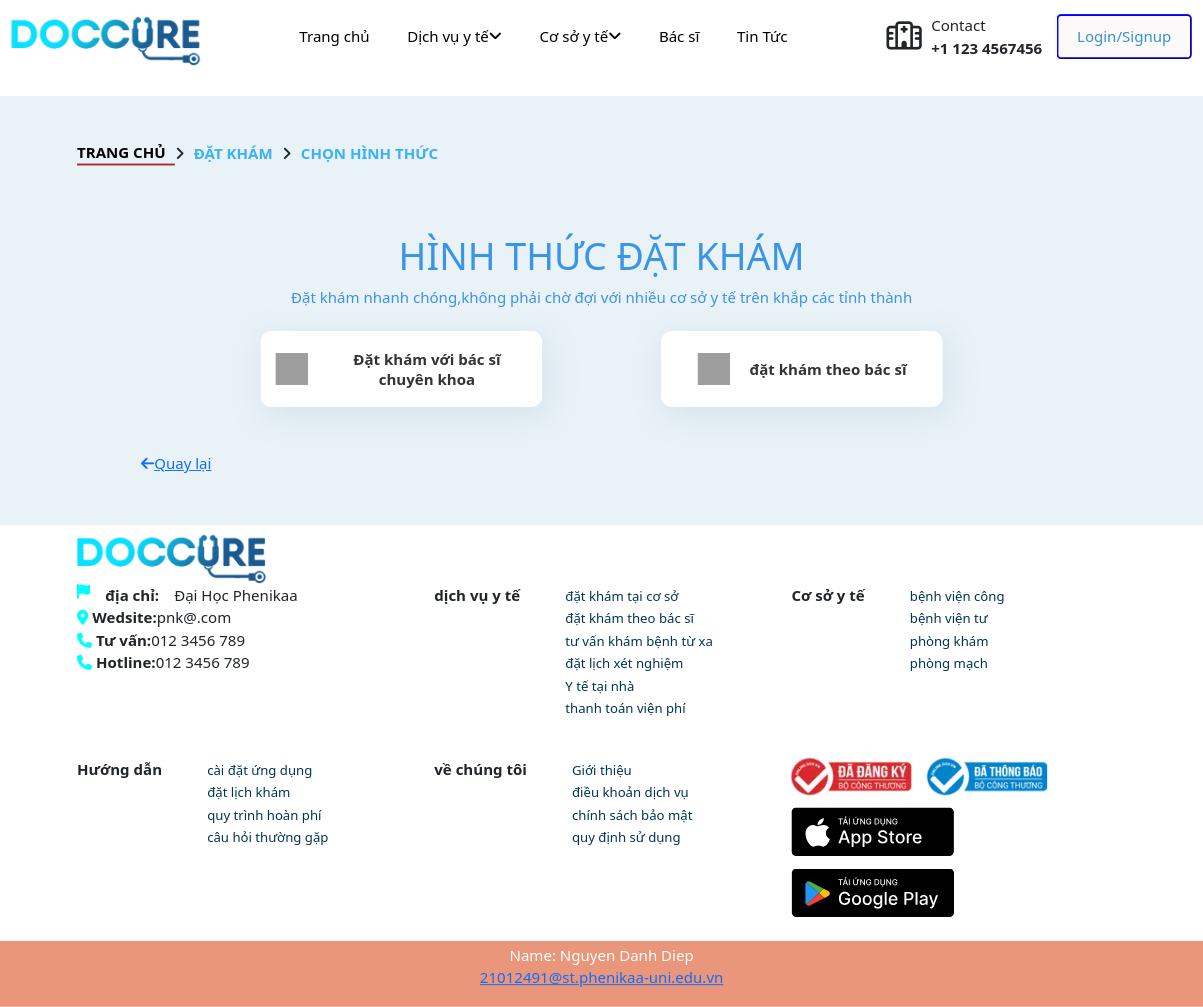
Repository: tuanminhh03/DACS-Complete
Page: web/datkham.html
An editor plug-in stored every save of this project. The page is shown before and after the next save, followed by the edit.
The browser window is 1280 px wide. The pictures show the whole page, at 94% of full size.
Pictures or frames that could not be fetched are drawn as grey boxes.

Above is the page before, as saved 2023-11-11 17:45:26.

### web/datkham.html
<!DOCTYPE html>
<html lang="en">
<head>
    <meta charset="UTF-8">
    <meta name="viewport" content="width=device-width, initial-scale=1.0">
    <link rel="icon" type="image/x-icon" href="./assest/img/icon_2.svg">
    <link rel="stylesheet" href="./assest/font/fontawesome-free-6.4.2-web/css/all.min.css">
    <link rel="stylesheet" href="./boostrap/bootstrap.min.css">
    <link rel="stylesheet" href="./assest/css/datkham.css">
    <title>Document</title>
</head>
<body>
    <header class="doccure_header">
        <div class="doccure_header-mid">
            <div class="container-fluid">
                <div class="navbar">
                    <div class="doccure_logo">
                        <div class="logo_wrap">
                            <a href="#" rel="home">
                                <img src="./assest/img/logo.png" alt="">
                            </a>
                        </div>
                    </div>
                    <ul id="menu_primary_menu" class="navbar-nav">
                        <li class="menu_item">
                            <a href="./index.html">Trang chủ</a>
                        </li>
                        <li class="menu_item">
                            <a href="service.html">Dịch vụ y tế<i class="fa-solid fa-angle-down"></i></a>
                            <div class="subnav" style="width: 160px;">
                                    <a href="./service.html">Đặt khám tại cơ sở</a>
                                    <a href="./service2.html">Đặt khám theo bác sĩ</a>
                                    <a href="#">Tư vấn khám bệnh từ xa</a>
                                    <a href="./service3.html">Đặt lịch xét nghiệm</a>
                                    <a href="#">Y tế tại nhà</a>
                            </div>
                        </li>
                        <li class="menu_item">
                            <a href="./medical.html">Cơ sở y tế<i class="fa-solid fa-angle-down"></i></a>
                            <div class="subnav" style="width: 160px;">
                                <a href="#">Bệnh viện công</a>
                                <a href="#">Bệnh viện tư </a>
                                <a href="#">Phòng khám </a>
                                <a href="#">Phònh mạch</a>
                            </div>
                        </li>
                        <li class="menu_item">
                            <a href="./doctor.html">Bác sĩ</a>
                        </li>
                        <li class="menu_item">
                            <a href="./news.html">Tin Tức</a>
                        </li>
                    </ul>
                    <div class="doccure_info">
                        <div class="nav-item d-flex">
                            <div class="headder-contact-img pt-2">
                                <i class="fa-regular fa-hospital" style="font-size: 30px;"></i>
                            </div>
                            <div class="header_contact_detail">
                                <p class="conact_header">Contact</p>
                                <p class="contact_info_header"><b>+1 123 4567456</b></p>
                            </div>
                            <div class="doccure_login">
                                <button class="Login_signup">Login/Signup</button>
                            </div>
                        </div>
                    </div>
                </div>
            </div>
        </div>
    </header>
    <div class="style_main">
        <div class="style_header">
            <div class="content-introduce mt-4 p-5">
                <div class="map container">
                    <a href="./index.html">TRANG CHỦ</a>
                    <i class="fa-solid fa-angle-right"></i>
                    <p class="cl-brown">ĐẶT KHÁM</p>
                    <i class="fa-solid fa-angle-right"></i>
                    <p class="cl-brown">CHỌN HÌNH THỨC</p>
                </div>
            </div>
            <div class="style-body">
                <div class="text_title m-4" style="text-align: center;color: rgb(58, 148, 231);">
                    <h1>HÌNH THỨC ĐẶT KHÁM</h1>
                    <P>Đặt khám nhanh chóng,không phải chờ đợi với nhiều cơ sở y tế trên khắp các tỉnh thành</P>
                </div>
                <div class="style_content_card d-flex" style="justify-content: space-evenly;">
                    <div class="style_card">
                        <a href="#">
                            <div class="img_ic"><img src="./assest/img/img_icon1.webp" alt=""></div>
                            <div class="text_1" style="margin-left: 20px; text-align: center;">Đặt khám với bác sĩ chuyên khoa</div>
                        </a>
                    </div>
                    <div class="style_card">
                        <a href="#">
                            <div class="img_ic"><img src="./assest/img/img_icon2.webp" alt=""></div>
                            <div class="text_1" style="margin-left: 20px;">đặt khám theo bác sĩ</div>
                        </a>
                    </div>
                </div>
                <div class="end pt-5" style="text-decoration: none;">
                    <a href="./service.html"><i class="fa-solid fa-arrow-left"></i>Quay lại</a>
                </div>
            </div>
        </div>
    </div>
    <div class="inline"></div>
    <div class="doccure-footer">
        <div class="container">
            <div class="footer-content">
                <div class="footer-system">
                    <img src="./assest/img/logo.png" alt="">
                    <div class="row">
                        <div class="col-4">
                            <div class="doccure-address-block">
                                <div class="doccure-address-title">
                                    <i class="fas fa-flag" style="color: aqua;"></i>
                                    <strong>địa chỉ:</strong>Đại Học Phenikaa
                                </div>
                                <div class="doccure-address">
                                    <i class="fas fa-map-marker-alt"style="color: aqua;"></i>
                                    <strong>Wedsite:</strong>pnk@.com
                                </div>
                                <div class="doccure-address-hotline">
                                    <i class="fas fa-phone"style="color: aqua;"></i>
                                    <strong>Tư vấn:</strong>012 3456 789
                                    <br>
                                    <i class="fas fa-phone"style="color: aqua;"></i>
                                    <strong>Hotline:</strong>012 3456 789
                                </div>
                            </div>
                        </div>
                        <div class="col-4">
                            <div class="doccure-address-block">
                                <div class="doccure-address-title">
                                    <strong>dịch vụ y tế</strong>
                                    <ul>
                                        <li><a href="#">đặt khám tại cơ sở</a></li>
                                        <li><a href="#">đặt khám theo bác sĩ</a></li>
                                        <li><a href="#">tư vấn khám bệnh từ xa</a></li>
                                        <li><a href="#">đặt lịch xét nghiệm</a></li>
                                        <li><a href="#">Y tế tại nhà</a></li>
                                        <li><a href="#">thanh toán viện phí</a></li>
                                    </ul>
                                </div>
                            </div>
                        </div>
                        <div class="col-4">
                            <div class="doccure-address-block">
                                <div class="doccure-address-title">
                                    <strong>Cơ sở y tế</strong>
                                    <ul>
                                        <li><a href="#">bệnh viện công</a></li>
                                        <li><a href="#">bệnh viện tư</a></li>
                                        <li><a href="#">phòng khám</a></li>
                                        <li><a href="#">phòng mạch</a></li>
                                    </ul>
                                </div>
                            </div>
                        </div>
                        <div class="col-4">
                            <div class="doccure-address-block">
                                <div class="doccure-address-title">
                                    <strong>Hướng dẫn</strong>
                                    <ul>
                                        <li><a href="#">cài đặt ứng dụng</a></li>
                                        <li><a href="#">đặt lịch khám</a></li>
                                        <li><a href="#">quy trình hoàn phí</a></li>
                                        <li><a href="#">câu hỏi thường gặp</a></li>
                                    </ul>
                                </div>
                            </div>
                        </div>
                        <div class="col-4">
                            <div class="doccure-address-block">
                                <div class="doccure-address-title">
                                    <strong>về chúng tôi</strong>
                                    <ul>
                                        <li><a href="#">Giới thiệu</a></li>
                                        <li><a href="#">điều khoản dịch vụ</a></li>
                                        <li><a href="#">chính sách bảo mật</a></li>
                                        <li><a href="#">quy định sử dụng</a></li>
                                    </ul>
                                </div>
                            </div>
                        </div>
                        <div class="col-4">
                            <div class="doccure-address-block">
                                <div class="doccure-address-title">
                                    <a href=""><img src="./assest/img/img_ft1.webp" alt=""></a>
                                    <a href=""><img src="./assest/img/img_ft2.png" alt=""></a>
                                    <a href=""><img src="./assest/img/img_ft3.svg" alt=""></a>
                                    <a href=""><img src="./assest/img/img_ft4.svg" alt=""></a>
                                </div>
                            </div>
                        </div>
                    </div>
                </div>
                <div class="footer-copyright"></div>
            </div>
        </div>
    </div>
    <footer>
        <p> Name: Nguyen Danh Diep<br>
        <a href="#">21012491@st.phenikaa-uni.edu.vn</a></p>
      </footer>
    <script src="./boostrap/bootstrap.min.js"></script>
    <script src="./jquery/code.jquery.com_jquery-3.7.1.min.js"></script>
</body>
</html>

### web/assest/css/datkham.css
*{
    padding: 0;
    margin: 0;
    box-sizing: border-box;
}
.navbar{
    display: flex;
    justify-content: start;
    align-items: center;
    position: relative;
    justify-content: space-between;
}
.doccure_header .doccure_logo .logo_wrap img{
    padding-top: 10px;
}
.doccure_header .navbar-nav {
    flex-direction: row;
}
.doccure_header ul>li{
    padding: 0 20px;
}
.doccure_header ul>li>a{
    text-decoration: none;
    color: black;
    font-weight: 500;
}
#menu_primary_menu li>a:hover{
    color: rgb(55, 135, 209);
}
.doccure_header .nav_item{
    display: flex;
}
.doccure_header .header_contact_detail p{
    margin: 0;
    margin-left: 10px;
}
.doccure_header .doccure_login .Login_signup{
    border-radius: 5px;
    background-color: rgb(252, 250, 249);
    padding: 10px 20px;
    margin-left: 15px;
    color: rgb(54, 144, 204);
    border-color: blue;
}
.doccure_header .doccure_login button:hover{
    color: #fff;
    background-color: rgb(89, 151, 221);
}
.menu_item {
    position: relative;
}

.menu_item .subnav {
    display: none;
    position: absolute;
    top: 100%;
    left: 0;
    background-color: #fff;
    border: 1px solid #ccc;
    border-radius: 5px;
    z-index: 1;
}

.menu_item:hover .subnav {
    display: block;
}
.subnav a {
    display: block;
    padding: 10px;
    text-decoration: none;
    color: #333;
    font-size: 13px;
    font-weight: 600;
    font-family:  Roboto,sans-serif!important;;
}

.subnav a:hover {
    background-color: #f0f0f0;
}
/* banner */
.banner-slide{
    width: 100%;
    background-position: 100%!important;
    height: 30vw!important;
    position: relative;
}

.banner-slide .banner-slide--bg{
    width: 100%;
    height: 100%;
    background-size: cover;
    background-position: center;
}

.banner-slide .slide-1{
    background-image: url('../img/img_bg_medical.png');
}
.banner-slide .style_title{
    position: absolute;
    text-align: center;
    top: 0;
    left: 0;
}
#doccure-banner .banner-slide .style_title .style_card{
    background-color: #fff;
    display: inline-block;
    position: relative;
    left: 0;
    margin: 25px 25px;
    padding: 35px;
    border-radius: 30px;
    border: 3px solid #fff;
    -webkit-backdrop-filter: blur(30px);
    backdrop-filter: blur(30px);
    background-color: hsla(0,0%,100%,.6);
    box-shadow: 4px 8px 20px 0 hsla(199,9%,64%,.3);
    width: -moz-fit-content!important;
    width: fit-content!important;
    height: -moz-fit-content;
    height: fit-content;
    white-space: nowrap;
}
.banner-slide .style_title .style_card .style_content_title p{
    font-size: 25px;
    font-weight: 500;
    line-height: 29px;
    letter-spacing: 0;
    text-align: left;
    margin: 0;
}
.banner-slide .style_title .style_card .style_content_title h1{
    font-size: 32px;
    font-style: normal;
    line-height: normal;
    margin-top: 6px;
    font-family: Montserrat,sans-serif!important;
    font-weight: 700;
    text-align: left;
    color: #00e0ff;
    margin-bottom: 16px;
}
.banner-slide .style_title .style_card .style_line_tittle{
    background: linear-gradient(83.63deg,#00b5f1 33.34%,#00e0ff 113.91%);
    height: 1px;
    width: 100%;
}
.banner-slide .style_title .style_card .style_text{
    padding-top: 16px;
    max-width: 500px;
    font-weight: 400;
    line-height: 29px;
    letter-spacing: .04em;
    text-align: left;
    position: relative;
}
.cl-brown{
    color: rgb(58, 178, 247);
}
.content-introduce .map {
    display: flex;
    align-items: center;
    font-weight: 700;
}
.content-introduce .map p{
    margin: 0;
    padding: 0 10px;
}
.content-introduce .map a{
    text-decoration: none;
    color: black;
    padding: 0 10px 0 0;
    border-bottom: 2px solid brown;
}
.content-introduce .map a > i{
    padding: 4px;
}
.content-introduce .map a:hover{
    color: rgb(58, 148, 231);
}
.content-introduce .map a:hover > i{
    border-radius: 5px;
    border: 1px solid brown;

}
/* main */
.style_main{
    width: 100vw;
    background: #e8f2f7;
}
.content-introduce .map {
    display: flex;
    align-items: center;
    font-weight: 700;
}
.content-introduce .map p{
    margin: 0;
    padding: 0 10px;
}
.content-introduce .map a{
    text-decoration: none;
    color: black;
    padding: 0 10px 0 0;
    border-bottom: 2px solid brown;
}
.content-introduce .map a > i{
    padding: 4px;
}
.content-introduce .map a:hover{
    color: rgb(58, 148, 231);
}
.content-introduce .map a:hover > i{
    border-radius: 5px;
    border: 1px solid brown;

}
.style_main .style-body{
    max-width: 980px;
    min-height: 25vh;
    padding-bottom: 54px;
    margin: 0 auto;
}
.style_main .style-body .style_card a{
    display: flex;
    text-decoration: none;
    width: 300px;
    align-items: center;
    justify-content: center;
    height: 100%;
    transition: .5s;
    transition: all .198s ease-in-out;
    font-size: 16px;
    font-style: normal;
    font-weight: 400;
    line-height: normal;
    border-radius: 12px;
    background: #fff;
    padding: 17.5px 15px;
    border: 1px solid transparent;
    box-shadow: 4px 8px 30px 0 rgba(177,196,218,.35);
}
.style_main .style-body .style_card a:hover{
    border: 1px solid #00b5f1;
    color: #00b5f1;
}
/* .style_main .style_content_card a{
    text-decoration: none;
    width: 50%;
} */
.style_main .style-body .style_card .img_ic img{
    height: 35px;
    width: 35px;
}
.style_main .style-body .style_card .text_1{
    margin-left: 15px;
    font-size: 16px;
    font-style: normal;
    font-weight: 600;
    line-height: normal;
    color: #333;
}
/* footer */
.doccure-footer{
    width: 100%;
    height: 100%;
    background-color: #fff;
    justify-content: center;
}
.footer-content{
    padding-top: 10px;
}

.footer-system h2{
    font-size: 18px;
    font-weight: 600;
    margin-bottom: 15px;
}

.footer-system .doccure-address-block{
    width: 90%;
    margin-bottom: 25px;
}

.footer-system .doccure-address-block a{
    color:#003553;
    text-decoration: none;
    font-size: 14px;
}
.footer-system .doccure-address-block ul>li{
    list-style: none;
}

.footer-system .doccure-address-block a:hover{
    text-decoration: underline;
}
.footer-system .doccure-address-block .doccure-address-title{
    display: flex;
    width: 100%;
    flex-wrap: wrap;
    gap: 13px 16px;
}
footer {
    text-align: center;
    padding: 3px;
    background-color: DarkSalmon;
    color: white;
  }

Loaded but not shown: web/assest/font/fontawesome-free-6.4.2-web/css/all.min.css (library); web/boostrap/bootstrap.min.css (library); web/boostrap/bootstrap.min.js (library); web/jquery/code.jquery.com_jquery-3.7.1.min.js (library)

After the next save:
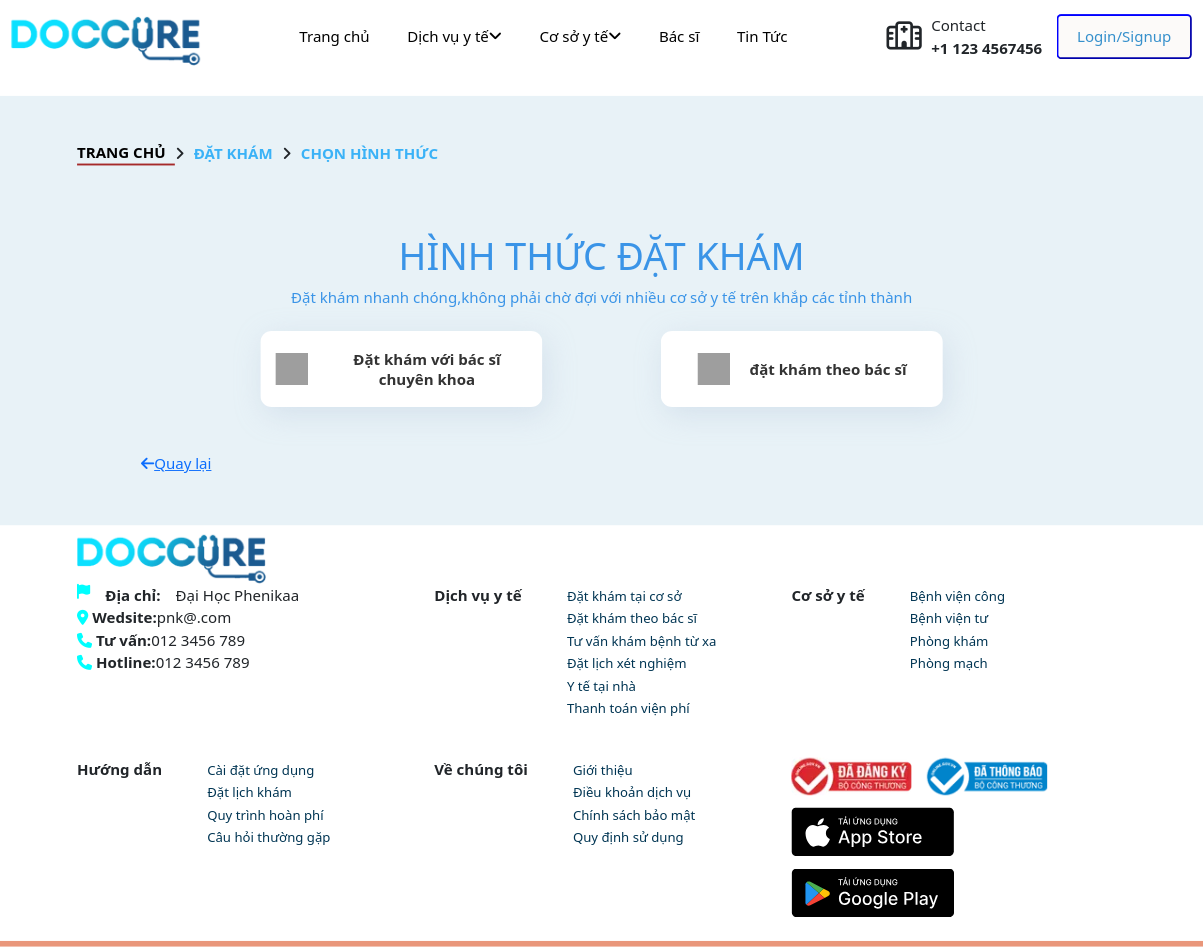
Saved 16 s later.
--- a/web/datkham.html
+++ b/web/datkham.html
@@ -116,7 +116,7 @@
                             <div class="doccure-address-block">
                                 <div class="doccure-address-title">
                                     <i class="fas fa-flag" style="color: aqua;"></i>
-                                    <strong>địa chỉ:</strong>Đại Học Phenikaa
+                                    <strong>Địa chỉ:</strong>Đại Học Phenikaa
                                 </div>
                                 <div class="doccure-address">
                                     <i class="fas fa-map-marker-alt"style="color: aqua;"></i>
@@ -134,14 +134,14 @@
                         <div class="col-4">
                             <div class="doccure-address-block">
                                 <div class="doccure-address-title">
-                                    <strong>dịch vụ y tế</strong>
-                                    <ul>
-                                        <li><a href="#">đặt khám tại cơ sở</a></li>
-                                        <li><a href="#">đặt khám theo bác sĩ</a></li>
-                                        <li><a href="#">tư vấn khám bệnh từ xa</a></li>
-                                        <li><a href="#">đặt lịch xét nghiệm</a></li>
+                                    <strong>Dịch vụ y tế</strong>
+                                    <ul>
+                                        <li><a href="#">Đặt khám tại cơ sở</a></li>
+                                        <li><a href="#">Đặt khám theo bác sĩ</a></li>
+                                        <li><a href="#">Tư vấn khám bệnh từ xa</a></li>
+                                        <li><a href="#">Đặt lịch xét nghiệm</a></li>
                                         <li><a href="#">Y tế tại nhà</a></li>
-                                        <li><a href="#">thanh toán viện phí</a></li>
+                                        <li><a href="#">Thanh toán viện phí</a></li>
                                     </ul>
                                 </div>
                             </div>
@@ -151,10 +151,10 @@
                                 <div class="doccure-address-title">
                                     <strong>Cơ sở y tế</strong>
                                     <ul>
-                                        <li><a href="#">bệnh viện công</a></li>
-                                        <li><a href="#">bệnh viện tư</a></li>
-                                        <li><a href="#">phòng khám</a></li>
-                                        <li><a href="#">phòng mạch</a></li>
+                                        <li><a href="#">Bệnh viện công</a></li>
+                                        <li><a href="#">Bệnh viện tư</a></li>
+                                        <li><a href="#">Phòng khám</a></li>
+                                        <li><a href="#">Phòng mạch</a></li>
                                     </ul>
                                 </div>
                             </div>
@@ -164,23 +164,23 @@
                                 <div class="doccure-address-title">
                                     <strong>Hướng dẫn</strong>
                                     <ul>
-                                        <li><a href="#">cài đặt ứng dụng</a></li>
-                                        <li><a href="#">đặt lịch khám</a></li>
-                                        <li><a href="#">quy trình hoàn phí</a></li>
-                                        <li><a href="#">câu hỏi thường gặp</a></li>
-                                    </ul>
-                                </div>
-                            </div>
-                        </div>
-                        <div class="col-4">
-                            <div class="doccure-address-block">
-                                <div class="doccure-address-title">
-                                    <strong>về chúng tôi</strong>
+                                        <li><a href="#">Cài đặt ứng dụng</a></li>
+                                        <li><a href="#">Đặt lịch khám</a></li>
+                                        <li><a href="#">Quy trình hoàn phí</a></li>
+                                        <li><a href="#">Câu hỏi thường gặp</a></li>
+                                    </ul>
+                                </div>
+                            </div>
+                        </div>
+                        <div class="col-4">
+                            <div class="doccure-address-block">
+                                <div class="doccure-address-title">
+                                    <strong>Về chúng tôi</strong>
                                     <ul>
                                         <li><a href="#">Giới thiệu</a></li>
-                                        <li><a href="#">điều khoản dịch vụ</a></li>
-                                        <li><a href="#">chính sách bảo mật</a></li>
-                                        <li><a href="#">quy định sử dụng</a></li>
+                                        <li><a href="#">Điều khoản dịch vụ</a></li>
+                                        <li><a href="#">Chính sách bảo mật</a></li>
+                                        <li><a href="#">Quy định sử dụng</a></li>
                                     </ul>
                                 </div>
                             </div>
@@ -202,8 +202,7 @@
         </div>
     </div>
     <footer>
-        <p> Name: Nguyen Danh Diep<br>
-        <a href="#">21012491@st.phenikaa-uni.edu.vn</a></p>
+
       </footer>
     <script src="./boostrap/bootstrap.min.js"></script>
     <script src="./jquery/code.jquery.com_jquery-3.7.1.min.js"></script>
